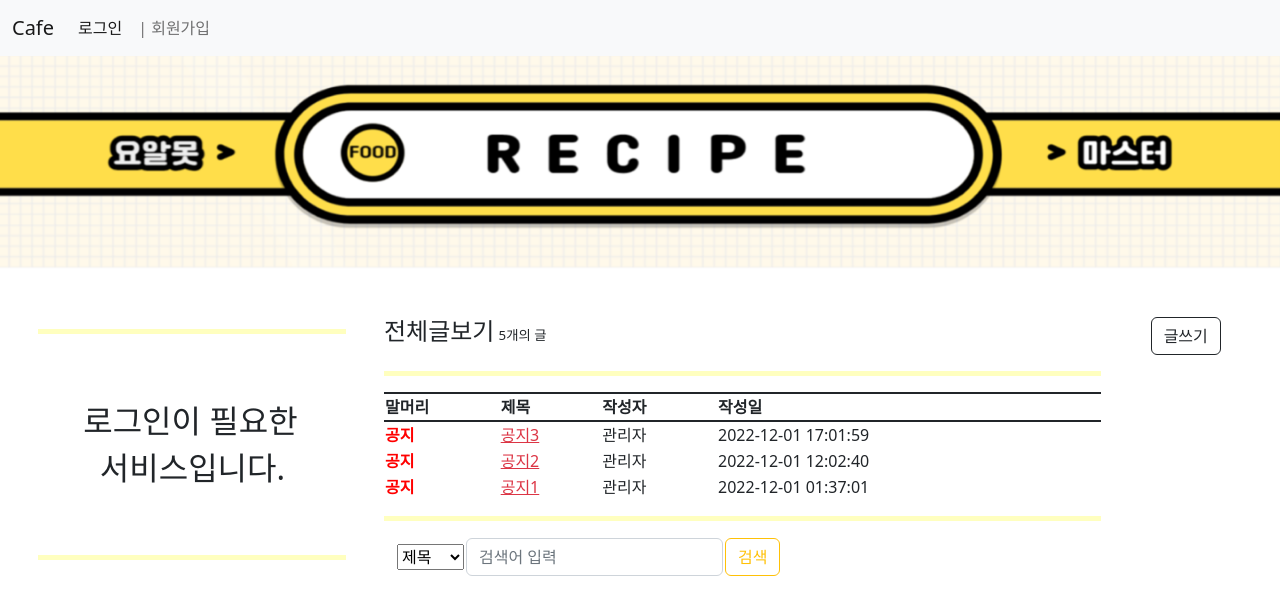
Repository: minz-cha/web_project
Page: http://localhost/jspbook/project/Main.jsp
The author's editor kept a copy of each file at every save. The page is drawn from the files as they stood at one save, then again after the next save.
The browser window is 1280 px wide. The pictures show the whole page.
The page is served by Tomcat 9. Nobody is signed in. The application's start-up code is not run. Other server files are loaded and not shown. Queries for data that is not in the repository find no rows.

Above is the page before, as saved 2022-12-04 15:58:36.

### jspbook/WebContent/project/Main.jsp
<%@page import="model.BoardBean"%>
<%@page import="manager.BoardManager"%>
<%@page import="java.util.List"%>
<%@ page language="java" contentType="text/html; charset=UTF-8"
	pageEncoding="UTF-8"%>
<!DOCTYPE html>
<html>
<head>
<!-- CSS only -->
<link
	href="https://cdn.jsdelivr.net/npm/bootstrap@5.2.3/dist/css/bootstrap.min.css"
	rel="stylesheet"
	integrity="sha384-rbsA2VBKQhggwzxH7pPCaAqO46MgnOM80zW1RWuH61DGLwZJEdK2Kadq2F9CUG65"
	crossorigin="anonymous">
<!-- JavaScript Bundle with Popper -->
<script
	src="https://cdn.jsdelivr.net/npm/bootstrap@5.2.3/dist/js/bootstrap.bundle.min.js"
	integrity="sha384-kenU1KFdBIe4zVF0s0G1M5b4hcpxyD9F7jL+jjXkk+Q2h455rYXK/7HAuoJl+0I4"
	crossorigin="anonymous"></script>
<meta charset="UTF-8">
<title>Insert title here</title>
<link rel"stylesheet" href="resources/register/css" type="text/css"></link>
</head>
<script>

</script>
<body>
	<%
	request.setCharacterEncoding("UTF-8");
	model.UserBean user = (model.UserBean) session.getAttribute("user");
	if (user != null) {
		System.out.println("이름 : " + user.getUsername());
	}
	String title = request.getParameter("title");
	String author = request.getParameter("author");

	if (title == null)
		title = "";
	if (author == null)
		author = "";

	List<BoardBean> boards = BoardManager.getInstance().getBoards(title, author);
	%>
	<nav class="navbar navbar-expand-lg bg-light">
		<div class="container-fluid" style="padding: 0.4erm">
			<a class="navbar-brand" href="#">Cafe</a>
			<button class="navbar-toggler" type="button"
				data-bs-toggle="collapse" data-bs-target="#navbarNav"
				aria-controls="navbarNav" aria-expanded="false"
				aria-label="Toggle navigation">
				<span class="navbar-toggler-icon"></span>
			</button>
			<div class="collapse navbar-collapse" id="navbarNav">
				<ul class="navbar-nav">
					<%
					if (user == null) {
					%>
					<li class="nav-item"><a class="nav-link active"
						aria-current="page" href="loginForm.jsp">로그인 </a></li>
					<li class="nav-item"><a class="nav-link" href="signup.jsp">|
							회원가입</a></li>
					<%
					} else {
					%>
					<li class="nav-item"><a class="nav-link active"
						aria-current="page" href="/jspbook/LogOutServlet">로그아웃</a></li>
					<%
					}
					%>

				</ul>
			</div>
		</div>
	</nav>
	<img src="./asset/banner.png" alt="banner"
		style="width: 100%; text-align: center;">
	<hr
		style="width: 100%; height: 10px; border: none; background-color: white;">
	<div style="display: flex">

		<div style="width: 30%;">
			<div>
				<center>
					<hr
						style="width: 80%; height: 5px; border: none; background-color: yellow;">
				</center>
				<hr
					style="width: 100%; height: 10px; border: none; background-color: white;">
				<hr
					style="width: 100%; height: 10px; border: none; background-color: white;">
				<%
				if (user == null) {
				%>
				<h2 style="">&nbsp;&nbsp;&nbsp;&nbsp;&nbsp;&nbsp;&nbsp;&nbsp;&nbsp;&nbsp;로그인이
					필요한</h2>
				<h2 style="">&nbsp;&nbsp;&nbsp;&nbsp;&nbsp;&nbsp;&nbsp;&nbsp;&nbsp;&nbsp;&nbsp;&nbsp;서비스입니다.</h2>
				<%
				} else {
				%>
				<h2 style="">
					&nbsp;&nbsp;&nbsp;&nbsp;&nbsp;&nbsp;&nbsp;&nbsp;&nbsp;&nbsp;&nbsp;&nbsp;&nbsp;<%=user.getUsername()%>님
				</h2>
				<%
				}
				%>
				<hr
					style="width: 100%; height: 10px; border: none; background-color: white;">
				<hr
					style="width: 100%; height: 10px; border: none; background-color: white;">
				<center>
					<hr
						style="width: 80%; height: 5px; border: none; background-color: yellow;">
				</center>
			</div>
		</div>
		<div style="width: 70%;">
			<div>
				<span style="font-size: 1.5em;">전체글보기</span> <span
					style="font-size: 10pt;"> 5개의 글</span>
				<button type="button" class="btn btn-outline-dark"
					style="margin-left: 600px" onclick="location.href='write.jsp'">글쓰기</button>
				<!-- 여기에 게시글 테이블에서 몇개인지 쓰시오 -->
				<hr
					style="width: 80%; height: 5px; border: none; background-color: yellow;">
				<table width="80%">
					<thead>
						<tr class="table-group-divider">
							<th scope="col">말머리</th>
							<th scope="col">제목</th>
							<th scope="col">작성자</th>
							<th scope="col">작성일</th>
						</tr>
					</thead>
					<tbody class="table-group-divider">
						<tr>
							<th scope="row" style="color: red">공지</th>
							<td><a href='project/notice3.jsp' class="link-danger">공지3</a></td>
							<td>관리자</td>
							<td>2022-12-01 17:01:59</td>
						</tr>
						<tr>
							<th scope="row" style="color: red">공지</th>
							<td><a href='project/notice2.jsp' class="link-danger">공지2</a></td>
							<td>관리자</td>
							<td>2022-12-01 12:02:40</td>
						</tr>
						<tr>
							<th scope="row" style="color: red">공지</th>
							<td><a href='project/notice1.jsp' class="link-danger">공지1</a></td>
							<td>관리자</td>
							<td>2022-12-01 01:37:01</td>
						</tr>

						<%
						for (int k = 0; k < boards.size(); k++) {
							BoardBean board = boards.get(k);
						%>
						<tr>

							<th scope="row"><%=k%></th>
							<td><a href="board.jsp?idx=<%=board.getBoardID()%>"><%=board.getBoardTitle()%></a></td>
							<td><%=board.getUserID()%></td>
							<td><%=board.getBoardTime()%></td>
						</tr>

						<%
						}
						%>

					</tbody>
				</table>
				<hr
					style="width: 80%; height: 5px; border: none; background-color: yellow;">

				<div class="container">
					<div class="row">
						<form method="post" name="search" action="search.jsp">
							<table class="pull-right">
								<tr>
									<td><select name="search">
											<option value="title" selected>제목</option>
											<option value="user">글쓴이</option>
									</select></td>
									<td><input type="text" class="form-control"
										placeholder="검색어 입력" name="searchText" maxlength="100"></td>
									<td><button type="button" class="btn btn-outline-warning"
											onclick="location.href='Main.jsp'">검색</button></td>
								</tr>

							</table>
						</form>
					</div>
				</div>
				<!--
				<form>
					<div class="form-group row">
						<div class="col">
							<select name="search">
								<option value="title" selected>제목</option>
								<option value="user">글쓴이</option>
							</select>
						</div>
						<div class="col">
							<input class="form-control" type="text" placeholder="검색어를 입력하세요"
								aria-label="default input example" name="search1">
						</div>
						<div class="col">
							<button type="button" class="btn btn-outline-warning"
								onclick="location.href='Main.jsp'">검색</button>
						</div>
					</div>
				</form> -->

			</div>
		</div>
	</div>
</body>
</html>

### jspbook/src/manager/BoardManager.java
package manager;

import java.util.List;

import dao.BoardDao;
import model.BoardBean;

public class BoardManager {
private BoardManager() {}

	private static class InnerInstanceClazz {
		private static final BoardManager instance = new BoardManager();
	}
	public static BoardManager getInstance() {
		return InnerInstanceClazz.instance;
	}

	public boolean register(String title, String content, String user_id) {
		BoardDao da = new BoardDao();
		return da.register(title, content, user_id);
	}

	public List<BoardBean> getBoards(String title, String author) {
		BoardDao da = new BoardDao();
		return da.getBoards(title, author);
	}

	public BoardBean getBoard(int boardIdx) {
		BoardDao da = new BoardDao();
		return da.getBoard(boardIdx);
	}
}

### jspbook/src/dao/BoardDao.java
package dao;

import java.sql.Connection;
import java.sql.DriverManager;
import java.sql.PreparedStatement;
import java.sql.ResultSet;
import java.util.ArrayList;
import java.util.List;

import model.BoardBean;

public class BoardDao {
	private Connection conn = null;
	private PreparedStatement pstmt = null;
	private ResultSet rs;

	// DB연결
	private void connect() {

		String jdbc_driver = "com.mysql.cj.jdbc.Driver";
		//String jdbc_url = "jdbc:mysql://localhost/web_project?allowPublicKeyRetrieval=true&useUnicode=true&characterEncoding=utf8&useSSL=false&serverTimezone=UTC";
		String jdbc_url = "jdbc:mysql://localhost:3307/web_project?allowPublicKeyRetrieval=true&useUnicode=true&characterEncoding=utf8&useSSL=false&serverTimezone=UTC";

		try {
			Class.forName(jdbc_driver);
			conn = DriverManager.getConnection(jdbc_url, "root", "alswn1026");
			System.out.println("DB 연결");
		} catch (Exception e) {
			System.out.println(e);
		}
	}

	// DB연결 해제
	private void disconnect() {
		try {
			pstmt.close();
			conn.close();
			System.out.println("DB 연결 해제");
		} catch (Exception e) {
			System.out.println(e);
		}
	}

	public boolean register(String title, String content, String user_id) {
		connect();
		String sql = "Insert into board (title, content, user_id) values(?,?,?);";

		try {
			pstmt = conn.prepareStatement(sql);
			pstmt.setString(1, title);
			pstmt.setString(2, content);
			pstmt.setString(3, user_id);
			pstmt.executeUpdate();
		} catch (Exception e) {
			e.printStackTrace();
			return false;
		} finally {
			disconnect();
		}
		return true;
	}

	public List<BoardBean> getBoards(String title, String author) {
		connect();
		String sql = "select * from board";
		List<BoardBean> boards = new ArrayList<BoardBean>();

		try {
			if(title != "")
				sql += " where title = ?;";
			else if(author != "")
				sql += " where author = ?;";
			else sql += ";";

			pstmt = conn.prepareStatement(sql);

			if (title != "") pstmt.setString(1, title);
			else if (author != "") pstmt.setString(2, author);

			rs = pstmt.executeQuery();

			while(rs.next()) {
				BoardBean board = new BoardBean();

				board.setBoardID(rs.getInt(1));
				board.setBoardTitle(rs.getString(2));
				board.setBoardContent(rs.getString(3));
				board.setUserID(rs.getString(4));
				board.setBoardTime(rs.getString(5));
				boards.add(board);
			}
		} catch (Exception e) {
			e.printStackTrace();
			return null;
		} finally {
			disconnect();
		}
		return boards;
	}

	public BoardBean getBoard(int boardIdx) {
		connect();
		BoardBean board = null;
		String sql = "select * from board where idx = ?;";

		try {
			pstmt = conn.prepareStatement(sql);
			pstmt.setInt(1, boardIdx);
			rs = pstmt.executeQuery();

			if(rs.next()) {
				board = new BoardBean();

				board.setBoardID(rs.getInt(1));
				board.setBoardTitle(rs.getString(2));
				board.setBoardContent(rs.getString(3));
				board.setUserID(rs.getString(4));
				board.setBoardTime(rs.getString(5));
			}
		} catch (Exception e) {
			e.printStackTrace();
			return null;
		} finally {
			disconnect();
		}
		return board;
	}
}

After the next save:
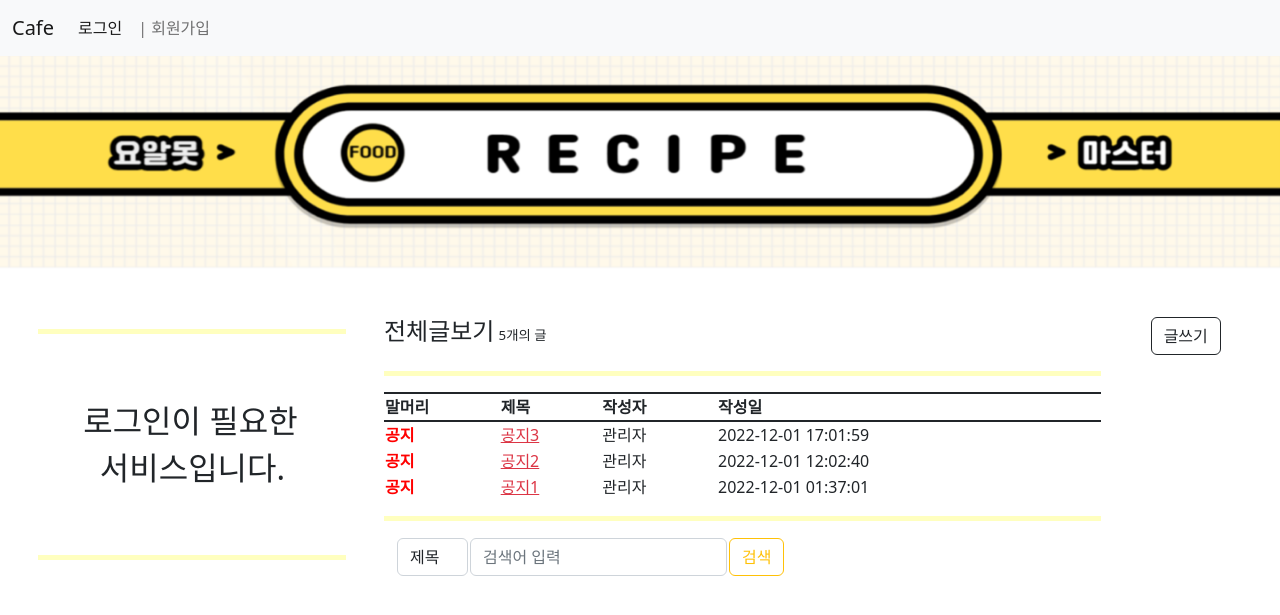
Saved 19 s later.
--- a/jspbook/WebContent/project/Main.jsp
+++ b/jspbook/WebContent/project/Main.jsp
@@ -177,7 +177,7 @@
 						<form method="post" name="search" action="search.jsp">
 							<table class="pull-right">
 								<tr>
-									<td><select name="search">
+									<td><select class="form-control" name="searchField">
 											<option value="title" selected>제목</option>
 											<option value="user">글쓴이</option>
 									</select></td>
